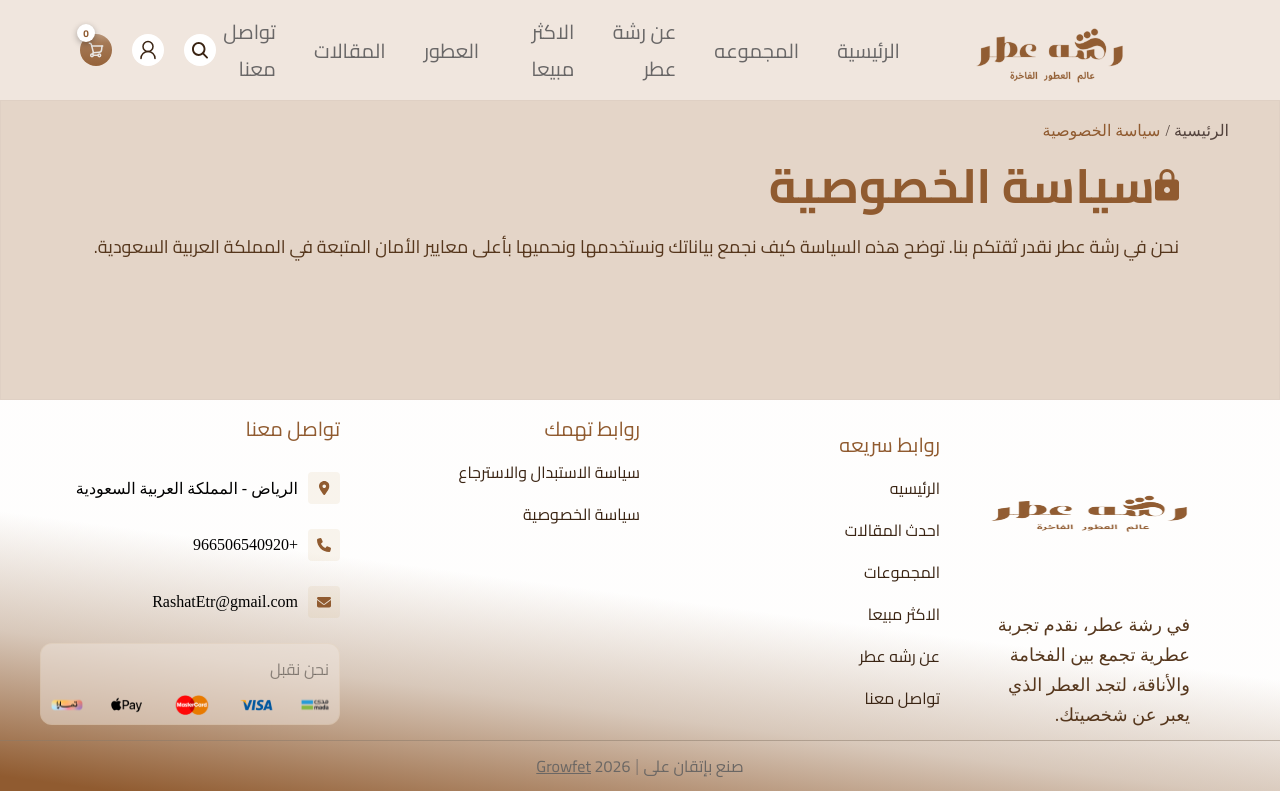
Repository: mahmoudesh74/rashet-3tr
Page: /PrivacyPolicyPage
An editor plug-in stored every save of this project. The page is shown before and after the next save, followed by the edit.
The browser window is 1280 px wide. The pictures show the whole page.
Some web fonts or font styles are not loaded; a fallback is used. The project was rebuilt for these pictures with package versions that can differ from the ones it lists, and the page was loaded fresh each time. Also part of the build but not shown: vite.config.js, src/App.css, src/components/HeaderSection/Header.css, src/components/HeaderSection/Header.jsx, src/components/GroupSection/GroupSection.css, src/components/GroupSection/GroupSection.jsx, src/components/AboutSection/AboutSection.css, src/components/AboutSection/AboutSection.jsx and 17 more. Imported but missing from the stored project, and not drawn on this page: src/assets/vedio.mp4.

Above is the page before, as saved 2026-09-23 11:11:08.

After the next save:
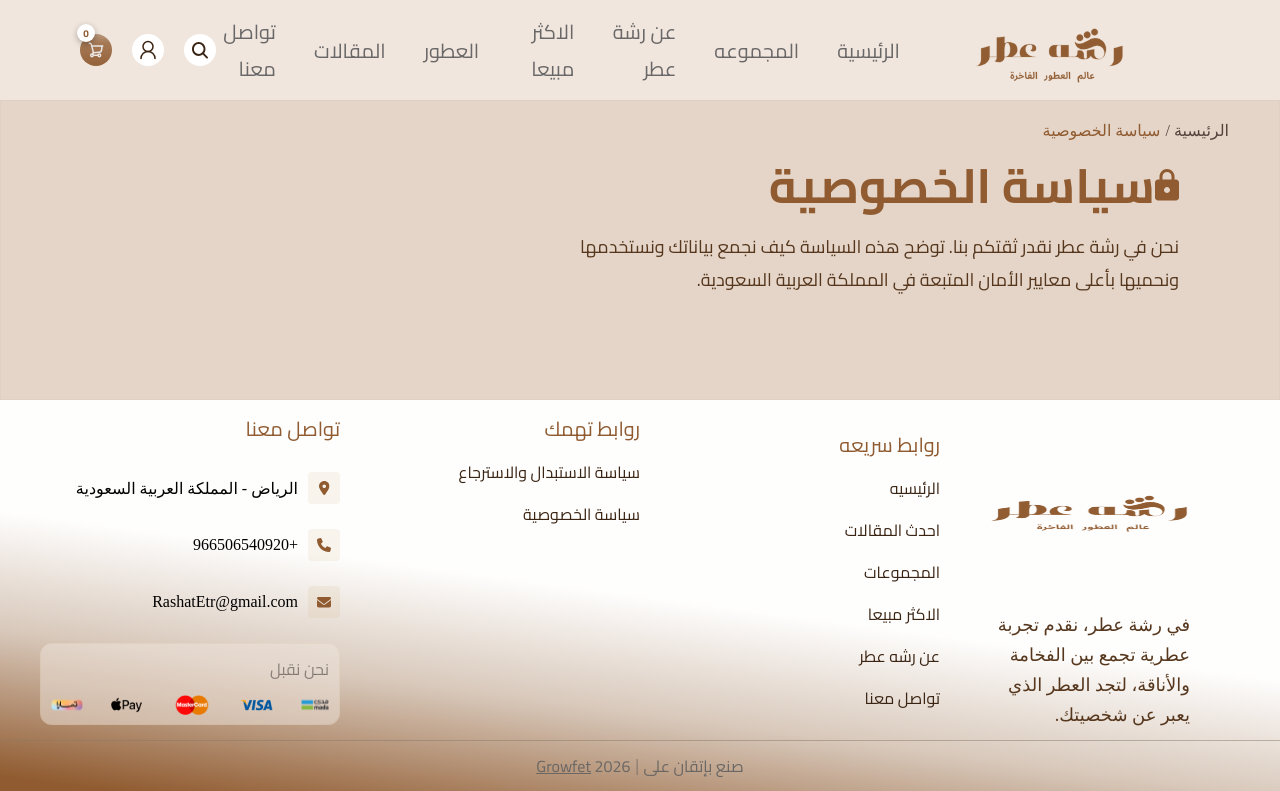
Saved 86 s later.
--- a/src/pages/PrivacyPolicy/privacyPolicy.css
+++ b/src/pages/PrivacyPolicy/privacyPolicy.css
@@ -45,4 +45,5 @@ font-family: "Cairo";
 font-weight: 400;
 font-size: 18px;
 color: #56371D;
+max-width: 600px;
 }
